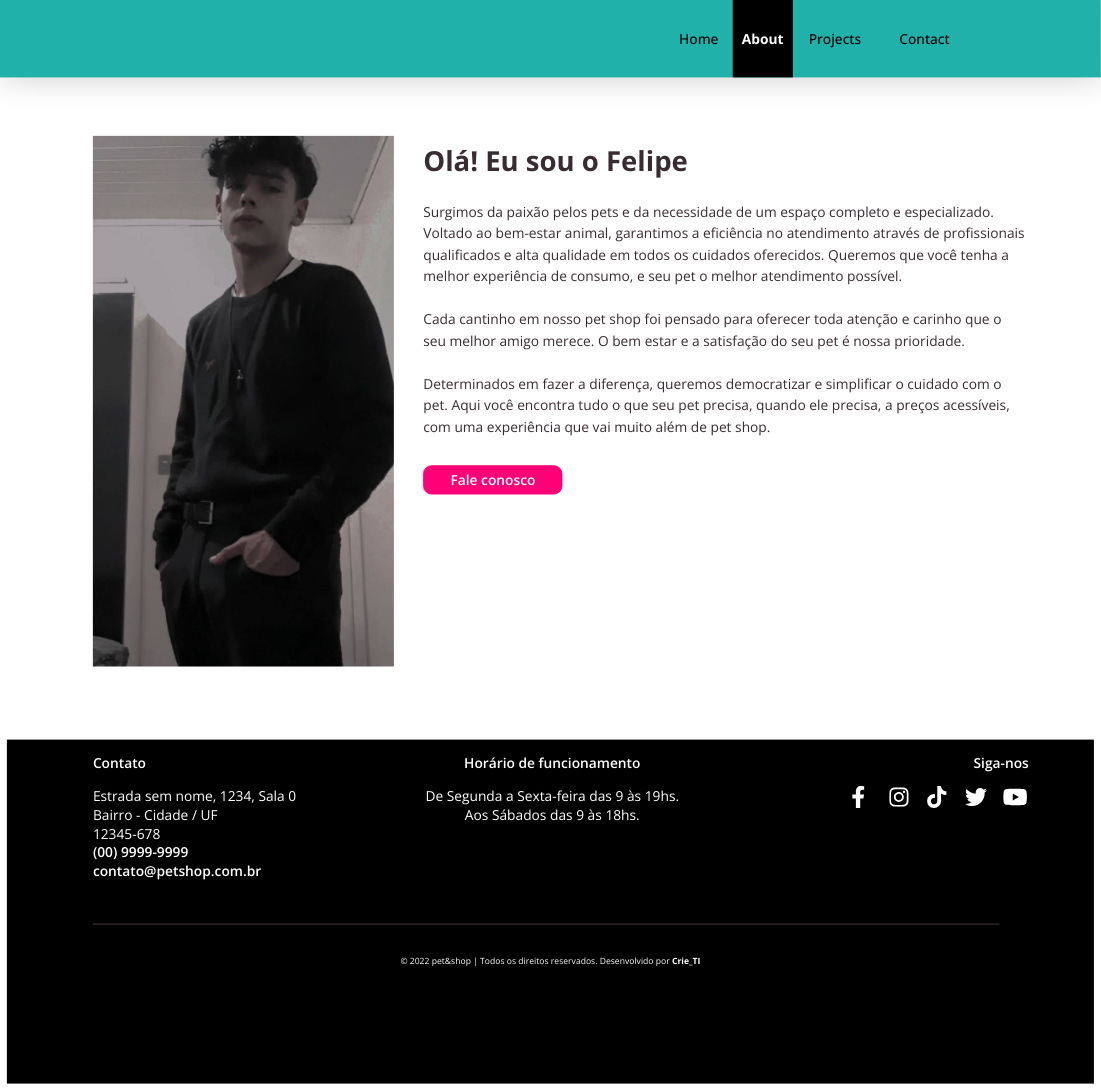
Repository: Fel1pit0/CRIE_TI
Page: Projetos/Portifólio/about.html
These files come from the project's save history. The page is drawn as it stood at one moment and after the next save; the edit follows.
The browser window is 1280 px wide. The pictures show the whole page, at 86% of full size.

Above is the page before, as saved 2022-05-25 14:13:52.

### Projetos/Portifólio/about.html
<!DOCTYPE html>
<html lang="en">
<head>
    <meta charset="UTF-8">
    <meta http-equiv="X-UA-Compatible" content="IE=edge">
    <meta name="viewport" content="width=device-width, initial-scale=1.0">
    <title>Portifólio</title>
    <link rel="stylesheet" href="styles.css">
    <link rel="preconnect" href="https://fonts.googleapis.com">
    <link rel="preconnect" href="https://fonts.gstatic.com" crossorigin>
    <link href="https://fonts.googleapis.com/css2?family=Roboto+Mono:wght@100&display=swap" rel="stylesheet">
</head>
<body>
    <header>
        <a href="index.html"></a>
        <nav class="pages">
          <div class="home-page"><a href="index.html">Home</a></div>
          <div class="about-page" style="background-color: black; color: #fff; font-weight: bold;"><a href="about.html">About</a></div>
          <div class="services-page"><a href="services.html">Projects</a></div>
          <div class="contact-page"><a href="contact.html">Contact</a></div>
        </nav>
    </header>

    <section id="about">
        <div>
          <img class="image-about" src="imagens/eu.jpeg" alt="minha-foto">
          <div class="desc-about">
            <h2>Olá! Eu sou o Felipe</h2>
            <p>Surgimos da paixão pelos pets e da necessidade de um espaço completo e especializado.<br/>
              Voltado ao bem-estar animal, garantimos a eficiência no atendimento através de profissionais qualificados e alta qualidade em todos os cuidados oferecidos. Queremos que você tenha a melhor experiência de consumo, e seu pet o melhor atendimento possível.<br/>
              <br>
              Cada cantinho em nosso pet shop foi pensado para oferecer toda atenção e carinho que o seu melhor amigo merece. O bem estar e a satisfação do seu pet é nossa prioridade.<br/>
              <br/>
              Determinados em fazer a diferença, queremos democratizar e simplificar o cuidado com o pet. Aqui você encontra tudo o que seu pet precisa, quando ele precisa, a preços acessíveis, com uma experiência que vai muito além de pet shop.
            </p>
              <div class="contact-button"><a href="contact.html">Fale conosco</a></div>
          </div>
        </div>
    </section>

      <footer>
        <div class="foot-logo"></div>
          <div class="row-foot">
            <div class="contact-foot">
              <p>Contato</p>
                <div class="desc-contact">
                    <span>
                    Estrada sem nome, 1234, Sala 0<br/>
                    Bairro - Cidade / UF<br/>
                    12345-678<br/>
                    </span>
                    <a href="tel:+550099999999">(00) 9999-9999</a><br/>
                    <a href="mailto:contato@petshop.com.br">contato@petshop.com.br</a><br/>
                </div>
            </div>
            <div class="time-foot">
                <p>Horário de funcionamento</p>
                <div class="desc-time">
                    <span>De Segunda a Sexta-feira das 9 às 19hs.</span><br/>
                    <span>Aos Sábados das 9 às 18hs.</span>
                </div>
            </div>
            <div class="follow-foot">
              <p>Siga-nos</p>
                <div class="desc-follow">
                    <div class="social-icons">
                        <div class="ico-social"><a href="https://www.facebook.com/"><svg xmlns="http://www.w3.org/2000/svg" viewBox="0 0 600 512"><!--! Font Awesome Pro 6.1.1 by @fontawesome - https://fontawesome.com License - https://fontawesome.com/license (Commercial License) Copyright 2022 Fonticons, Inc. --><path d="M279.14 288l14.22-92.66h-88.91v-60.13c0-25.35 12.42-50.06 52.24-50.06h40.42V6.26S260.43 0 225.36 0c-73.22 0-121.08 44.38-121.08 124.72v70.62H22.89V288h81.39v224h100.17V288z"/></svg></a></div>
                        <div class="ico-social"><a href="https://www.instagram.com/"><svg xmlns="http://www.w3.org/2000/svg" viewBox="0 0 600 512"><!--! Font Awesome Pro 6.1.1 by @fontawesome - https://fontawesome.com License - https://fontawesome.com/license (Commercial License) Copyright 2022 Fonticons, Inc. --><path d="M224.1 141c-63.6 0-114.9 51.3-114.9 114.9s51.3 114.9 114.9 114.9S339 319.5 339 255.9 287.7 141 224.1 141zm0 189.6c-41.1 0-74.7-33.5-74.7-74.7s33.5-74.7 74.7-74.7 74.7 33.5 74.7 74.7-33.6 74.7-74.7 74.7zm146.4-194.3c0 14.9-12 26.8-26.8 26.8-14.9 0-26.8-12-26.8-26.8s12-26.8 26.8-26.8 26.8 12 26.8 26.8zm76.1 27.2c-1.7-35.9-9.9-67.7-36.2-93.9-26.2-26.2-58-34.4-93.9-36.2-37-2.1-147.9-2.1-184.9 0-35.8 1.7-67.6 9.9-93.9 36.1s-34.4 58-36.2 93.9c-2.1 37-2.1 147.9 0 184.9 1.7 35.9 9.9 67.7 36.2 93.9s58 34.4 93.9 36.2c37 2.1 147.9 2.1 184.9 0 35.9-1.7 67.7-9.9 93.9-36.2 26.2-26.2 34.4-58 36.2-93.9 2.1-37 2.1-147.8 0-184.8zM398.8 388c-7.8 19.6-22.9 34.7-42.6 42.6-29.5 11.7-99.5 9-132.1 9s-102.7 2.6-132.1-9c-19.6-7.8-34.7-22.9-42.6-42.6-11.7-29.5-9-99.5-9-132.1s-2.6-102.7 9-132.1c7.8-19.6 22.9-34.7 42.6-42.6 29.5-11.7 99.5-9 132.1-9s102.7-2.6 132.1 9c19.6 7.8 34.7 22.9 42.6 42.6 11.7 29.5 9 99.5 9 132.1s2.7 102.7-9 132.1z"/></svg></a></div>
                        <div class="ico-social"><a href="https://www.tiktok.com/"><svg xmlns="http://www.w3.org/2000/svg" viewBox="0 0 600 512"><!--! Font Awesome Pro 6.1.1 by @fontawesome - https://fontawesome.com License - https://fontawesome.com/license (Commercial License) Copyright 2022 Fonticons, Inc. --><path d="M448,209.91a210.06,210.06,0,0,1-122.77-39.25V349.38A162.55,162.55,0,1,1,185,188.31V278.2a74.62,74.62,0,1,0,52.23,71.18V0l88,0a121.18,121.18,0,0,0,1.86,22.17h0A122.18,122.18,0,0,0,381,102.39a121.43,121.43,0,0,0,67,20.14Z"/></svg></a></div>
                        <div class="ico-social"><a href="https://twitter.com/"><svg xmlns="http://www.w3.org/2000/svg" viewBox="0 0 600 512"><!--! Font Awesome Pro 6.1.1 by @fontawesome - https://fontawesome.com License - https://fontawesome.com/license (Commercial License) Copyright 2022 Fonticons, Inc. --><path d="M459.37 151.716c.325 4.548.325 9.097.325 13.645 0 138.72-105.583 298.558-298.558 298.558-59.452 0-114.68-17.219-161.137-47.106 8.447.974 16.568 1.299 25.34 1.299 49.055 0 94.213-16.568 130.274-44.832-46.132-.975-84.792-31.188-98.112-72.772 6.498.974 12.995 1.624 19.818 1.624 9.421 0 18.843-1.3 27.614-3.573-48.081-9.747-84.143-51.98-84.143-102.985v-1.299c13.969 7.797 30.214 12.67 47.431 13.319-28.264-18.843-46.781-51.005-46.781-87.391 0-19.492 5.197-37.36 14.294-52.954 51.655 63.675 129.3 105.258 216.365 109.807-1.624-7.797-2.599-15.918-2.599-24.04 0-57.828 46.782-104.934 104.934-104.934 30.213 0 57.502 12.67 76.67 33.137 23.715-4.548 46.456-13.32 66.599-25.34-7.798 24.366-24.366 44.833-46.132 57.827 21.117-2.273 41.584-8.122 60.426-16.243-14.292 20.791-32.161 39.308-52.628 54.253z"/></svg></a></div>
                        <div class="ico-social"><a href="https://www.youtube.com/"><svg xmlns="http://www.w3.org/2000/svg" viewBox="0 0 600 512"><!--! Font Awesome Pro 6.1.1 by @fontawesome - https://fontawesome.com License - https://fontawesome.com/license (Commercial License) Copyright 2022 Fonticons, Inc. --><path d="M549.655 124.083c-6.281-23.65-24.787-42.276-48.284-48.597C458.781 64 288 64 288 64S117.22 64 74.629 75.486c-23.497 6.322-42.003 24.947-48.284 48.597-11.412 42.867-11.412 132.305-11.412 132.305s0 89.438 11.412 132.305c6.281 23.65 24.787 41.5 48.284 47.821C117.22 448 288 448 288 448s170.78 0 213.371-11.486c23.497-6.321 42.003-24.171 48.284-47.821 11.412-42.867 11.412-132.305 11.412-132.305s0-89.438-11.412-132.305zm-317.51 213.508V175.185l142.739 81.205-142.739 81.201z"/></svg></a></div>
                    </div>
                </div>
            </div>
          <div class="line-foot"></div>
          <div class="copy"><span>© 2022 pet&shop | Todos os direitos reservados. Desenvolvido por <b>Crie_TI</b></span></div>
      </footer>
</body>
</html>

### Projetos/Portifólio/styles.css
@import url('https://fonts.googleapis.com/css2?family=Open+Sans:ital,wght@0,300;0,400;0,500;0,600;0,700;0,800;1,300;1,400;1,500;1,600;1,700;1,800&display=swap');
body{
  font-family: 'Open Sans', sans-serif;
}
.brand{
  width: 250px;
  margin-left: 50px;
}
header {
  background-color: #20B2AA;
  display: flex;
  align-items: center;
  position: fixed;
  padding: 0 50px;
  top: 0;
  left: 0px;
  right: 0px;
  height: 90px;
  box-shadow: 0 0 40px #cecece;
  z-index: 2;
}
.home-page, .about-page{
  display: inline-block;
  text-align: center;
  height: 90px;
  width: 70px;
}
.products-page, .services-page{
  display: inline-block;
  text-align: center;
  height: 90px;
  width: 90px;
}
.contact-page {
  display: inline-block;
  text-align: center;
  height: 90px;
  width: 110px;
}
.home-page a, .about-page a, .products-page a, .services-page a, .contact-page a{
  margin-top: 34px;
  margin-bottom: auto;
}
.pages {
  width: auto;
  font-weight: 450;
  justify-content: space-between;
  margin-left: auto;
  margin-right: 100px;
}
.pages a{
  color: inherit;
  text-decoration: none;
  display: inline-block;
}
.pages a:hover{
  color: #ff0077;
}
.banner {
  width: 100%;
  height: 600px;
  margin-top: 80px;
  object-fit: cover;
}
#our-services{
  text-align: center;
}
.sub-title{
  margin-top: 60px;
  text-align: center;
  color: #1A2138;
  font-size: 32px;
}
.column {
  display:inline-block;
  padding: 30px;
  width: 15%;
  height: 250px;
  vertical-align: middle;
}
.column a{
  color: inherit;
  text-decoration: none;
  display: inline-block;
}
.column a:hover svg{
  transform: matrix3d(1.176,-0.17,0.00,0,0.17,1.176,0.00,0,0,0,1,0,0,0,0,1);
  -webkit-transform: matrix3d(1.176,-0.17,0.00,0,0.17,1.176,0.00,0,0,0,1,0,0,0,0,1);
  transform-origin: center center 0px;
  transition: all 0.5s ease 0s;
  -webkit-transform-origin: center center 0px;
  -webkit-transition: all 0.5s ease 0s;
}
.service-ico{
  fill: #ff0077;
  width: 60px;
  margin: auto;
}
.service-name{
  text-align: center;
  font-weight: 600;
  color: #ff0077;
}
.service-description{
  text-align: center;
  width: 240px;
  color: #858585;
}
#description {
  width: 100%;
  height: 350px;
  background-color: #07f;
}
.desc-logo{
  margin-top: 60px ;
  margin-left: 100px;
  position: top;
  width: 18%;
  height: 80px;
}
.desc-text{
  color: #fff;
  margin: 0 100px 0 100px;
  font-size: large;
}
#products{
  margin-top: 5em;
  text-align: center;
}
.product-column {
  display:inline-block;
  margin-left: 20px;
  width: 10em;
  height: 20em;
}
.product-column a{
  color: inherit;
  text-decoration: none;
}
.product-column:hover{
  border: 1px solid #cecece;
  border-radius: 10px;
  transform: matrix3d(1.2,0,0.00,0,0.00,1.2,0.00,0,0,0,1,0,0,0,0,1);
  transform-origin: center center 0px;
  transition: all 0.5s ease 0s;
  -webkit-transform-origin: center center 0px;
  -webkit-transition: all 0.5s ease 0s;
}
.product-column:hover img{
  opacity: 60%;
}
.product-ico{
  width: 140px;
  margin: 10px auto;
}
.product-name{
  font-size: 14px;
  font-weight: 500;
  color: #858585;
  width: 10em;
  height: 6em;
  margin-right: auto;
  margin-left: auto;
}
.product-price{
  align-items: flex-end;
  color: #ff0077;
  font-weight: bold;
}
.row{
  margin-top: 2em;
}
.product-more{
  width: 8em;
  margin-left: auto;
  margin-right: auto;
}
.button{
  background-color: #ff0077;
  color: #fff;
  font-weight: 400;
  height: 2em;
  margin-top: 2em;
  border: 1px solid #f07;
  border-radius: 10px;
  display: flex;
  justify-content: center;
  align-items: center;
}
.button:hover{
  transform: scale(1.03);
  transform-origin: center center 0px;
  transition: all 0.5s ease 0s;
  -webkit-transform-origin: center center 0px;
  -webkit-transition: all 0.5s ease 0s;
}
.button a{
  color: inherit;
  text-decoration: none;
}
footer{
  background-color: black;
  color: #fff;
  width: 100%;
  height: 400px;
}
.foot-logo svg{
  width: 15%;
  margin-top: 50px;
  margin-left: 100px;
  margin-bottom: 20px;
}
.row-foot{
  display: inline-block;
  width: 100%;
}
.contact-foot{
  display: inline-block;
  width: 330px;
  margin-left: 100px;
}
.contact-foot p{
  font-weight: 600;
  font-size: 16px;
}
.contact-foot a{
  color: inherit;
  text-decoration: none;
  font-weight: 600;
}
.desc-contact span{
  font-weight: lighter;
  width: 250px;
}
.time-foot{
  vertical-align: top;
  display: inline-block;
  width: 400px;
  text-align: center;
  font-weight: 600;
  font-size: 16px;
}
.desc-time span{
  margin-bottom: 0;
  font-weight: 100;
  width: 400px;
}
.follow-foot{
  vertical-align: top;
  display: inline-block;
  width: 300px;
  height: 20px;
  margin-left: 50px;
  text-align: right;
  font-weight: 600;
}
.ico-social{
  display: inline-block;
  margin: 0 0 0 10px;
  height: 30px;
  width: 30px;
}
.ico-social a{
  display: inline-block;
  width: 30px;
  vertical-align: top;
  margin: 0 0 30px;
  fill: #fff;
}
.ico-social:hover{
  transform: matrix3d(1.2,-0.26,0.00,0,0.26,1.164,0.00,0,0,0,1,0,0,0,0,1);
  transform-origin: center center 0px;
  transition: all 0.5s ease 0s;
  -webkit-transform-origin: center center 0px;
  -webkit-transition: all 0.5s ease 0s;
}
.line-foot{
  background-color: #ffd8ea;
  opacity: 30%;
  margin: 50px 110px 0 100px;
  width: auto;
  height: 1px;
}
.copy{
  margin-top: 35px;
  font-weight:lighter;
  font-size: 10px;
  text-align: center;
}
#about{
  margin-bottom: 5em;
}
.image-about{
  display: inline-block;
  width: 350px;
  height: auto;
  margin: 150px 0 0 100px;
}
.desc-about{
  display: inline-block;
  margin: 130px 0 0 30px;
  width: 700px;
  vertical-align: top;
}
.desc-about h2{
  color: #382c32;
  font-size: 32px;
}
.desc-about p{
  color: #382c32;
  font-size: 16px;
  font-weight: lighter;
  line-height: 25px;
}
.contact-button{
  width: 10em;
  background-color: #ff0077;
  color: #fff;
  font-size: 16px;
  font-weight: 600;
  height: 2em;
  margin-top: 2em;
  border: 1px solid #f07;
  border-radius: 10px;
  display: flex;
  justify-content: center;
  align-items: center;
}
.contact-button a{
  color: inherit;
  text-decoration: none;
  width: 10em;
  text-align: center;
}
.contact-button:hover{
  transform: scale(1.03);
  transform-origin: center center 0px;
  transition: all 0.5s ease 0s;
  -webkit-transform-origin: center center 0px;
  -webkit-transition: all 0.5s ease 0s;
}
.products-title{
  font-size: 32px;
  text-align: left;
  margin-top: 150px;
  margin-left: 100px;
  color: #1A2138;
}
#services{
  margin-top: 90px;
}
#products{
  margin-bottom: 5em;
}
.shower{
  background-image: url(Imagens/Serviços/bath-and-groom.jpg);
  height: 350px;
  background-size: 500px 350px;
  background-position: left;
  background-repeat: no-repeat;
}
.desc-shower{
  display: inline-block;
  width: 600px;
  vertical-align: top;
  margin: 0 0 0 550px;
}
.desc-shower h3{
  color: #f07;
  font-size: 24px;
  font-weight: 400
}
.desc-shower span{
  color: #382c32;
  font-size: 18px;
  font-weight: 400;
  line-height: 25px;
}
.desc-shower p{
  color: #382c32;
  opacity: 80%;
  font-size: 16px;
  font-weight: 400;
  line-height: 25px;
}
.medic{
  background-color: #f07;
  background-image: url(Imagens/Serviços/medical-center.jpg);
  height: 350px;
  background-size: 500px 350px;
  background-position: right;
  background-repeat: no-repeat;
}
.desc-medic{
  display: inline-block;
  width: 650px;
  vertical-align: top;
  margin: 10px 0 0 100px;
  text-align: right;
}
.desc-medic h3{
  color: #fff;
  font-size: 24px;
  font-weight: 400
}
.desc-medic span{
  color: #fff;
  font-size: 18px;
  font-weight: 500;
  line-height: 30px;
}
.desc-medic p{
  color: #fff;
  opacity: 80%;
  font-size: 16px;
  font-weight: 100;
  line-height: 30px;
}
.drug{
  background-color: #07f;
  background-image: url(Imagens/Serviços/drugstore.jpg);
  height: 350px;
  background-size: 500px 350px;
  background-position: left;
  background-repeat: no-repeat;
}
.desc-drug{
  display: inline-block;
  width: 600px;
  vertical-align: top;
  margin: 30px 0 0 550px;
}
.desc-drug h3{
  color: #fff;
  font-size: 24px;
  font-weight: 400
}
.desc-drug span{
  color: #fff;
  font-size: 18px;
  font-weight: 400;
  line-height: 25px;
}
.desc-drug p{
  color: #fff;
  opacity: 80%;
  font-size: 16px;
  font-weight: 400;
  line-height: 25px;
}
.delivery{
  background-color: #FF320D;
  background-image: url(Imagens/Serviços/delivery.jpg);
  height: 350px;
  background-size: 500px 700px;
  background-position: right;
  background-repeat: no-repeat;
}
.desc-delivery{
  display: inline-block;
  width: 650px;
  vertical-align: top;
  margin: 50px 0 0 100px;
  text-align: right;
}
.desc-delivery h3{
  color: #fff;
  font-size: 24px;
  font-weight: 400
}
.desc-delivery span{
  color: #fff;
  font-size: 18px;
  font-weight: 500;
  line-height: 30px;
}
.desc-delivery p{
  color: #fff;
  opacity: 80%;
  font-size: 16px;
  font-weight: 100;
  line-height: 30px;
}
.pick{
  background-color: #C10DFF;
  background-image: url(Imagens/Serviços/pick-up.jpg);
  height: 350px;
  background-size: 500px 350px;
  background-position: left;
  background-repeat: no-repeat;
}
.desc-pick{
  display: inline-block;
  width: 600px;
  vertical-align: top;
  margin: 50px 0 0 550px;
}
.desc-pick h3{
  color: #fff;
  font-size: 24px;
  font-weight: 400
}
.desc-pick span{
  color: #fff;
  font-size: 18px;
  font-weight: 400;
  line-height: 25px;
}
.desc-pick p{
  color: #fff;
  opacity: 80%;
  font-size: 16px;
  font-weight: 400;
  line-height: 25px;
}
.care{
  background-color: #6cf515;
  background-image: url(Imagens/Serviços/daycare.jpg);
  height: 350px;
  background-size: 500px 350px;
  background-position: right;
  background-repeat: no-repeat;
}
.desc-care{
  display: inline-block;
  width: 650px;
  vertical-align: top;
  margin: 30px 0 0 100px;
  text-align: right;
}
.desc-care h3{
  color: #fff;
  font-size: 24px;
  font-weight: 400
}
.desc-care span{
  color: #fff;
  font-size: 18px;
  font-weight: 500;
  line-height: 30px;
}
.desc-care p{
  color: #fff;
  opacity: 80%;
  font-size: 16px;
  font-weight: 100;
  line-height: 30px;
}
.hotel{
  background-color: #353535;
  height: 350px;
}
.hotel-img{
  width: 500px;
  height: 350px;

}
.desc-hotel{
  display: inline-block;
  width: 650px;
  vertical-align: top;
  margin: 50px 0 0 50px;
}
.desc-hotel h3{
  color: #fff;
  font-size: 24px;
  font-weight: 400
}
.desc-hotel span{
  color: #fff;
  font-size: 18px;
  font-weight: 400;
  line-height: 25px;
}
.desc-hotel p{
  color: #fff;
  opacity: 80%;
  font-size: 16px;
  font-weight: 300;
  line-height: 25px;
  width: 600px;
}
#talk{
  margin-bottom: 5em;
  width: 100%;
}
.inputs{
  display: inline-block;
  margin-left: 100px;
  width: 50%;
}
.input-name{
  color: #858585;
  font-size: 14px;
}
.form-item{
  width: 100%;
  min-height: 35px;
  margin-bottom: 20px;
  border: 1px solid #858585;
  border-radius: 5px;
  box-sizing: border-box;
  background-color: #fff;
  font-size: 16px;
}
.send-button{
  width: 7em;
  background-color: #ff0077;
  color: #fff;
  font-size: 16px;
  font-weight: 600;
  height: 40px;
  border: 1px solid #f07;
  border-radius: 10px;
  justify-content: center;
  align-items: center;
}
.send-button a{
  color: inherit;
  text-decoration: none;
  width: 10em;
  text-align: center;
}
.send-button:hover{
  transform: scale(1.03);
  transform-origin: center center 0px;
  transition: all 0.5s ease 0s;
  -webkit-transform-origin: center center 0px;
  -webkit-transition: all 0.5s ease 0s;
}
.infos{
  width: 450px;
  display: inline-block;
  margin-left: 30px;
}
.info-item{
  font-size: 13px;
  font-weight: 600;
  color: #858585;
  margin-bottom: 0px;
}
.infos a{
  color: #f07;
  text-decoration: none;
  font-size: 16px;
  font-weight: 600;
}

After the next save:
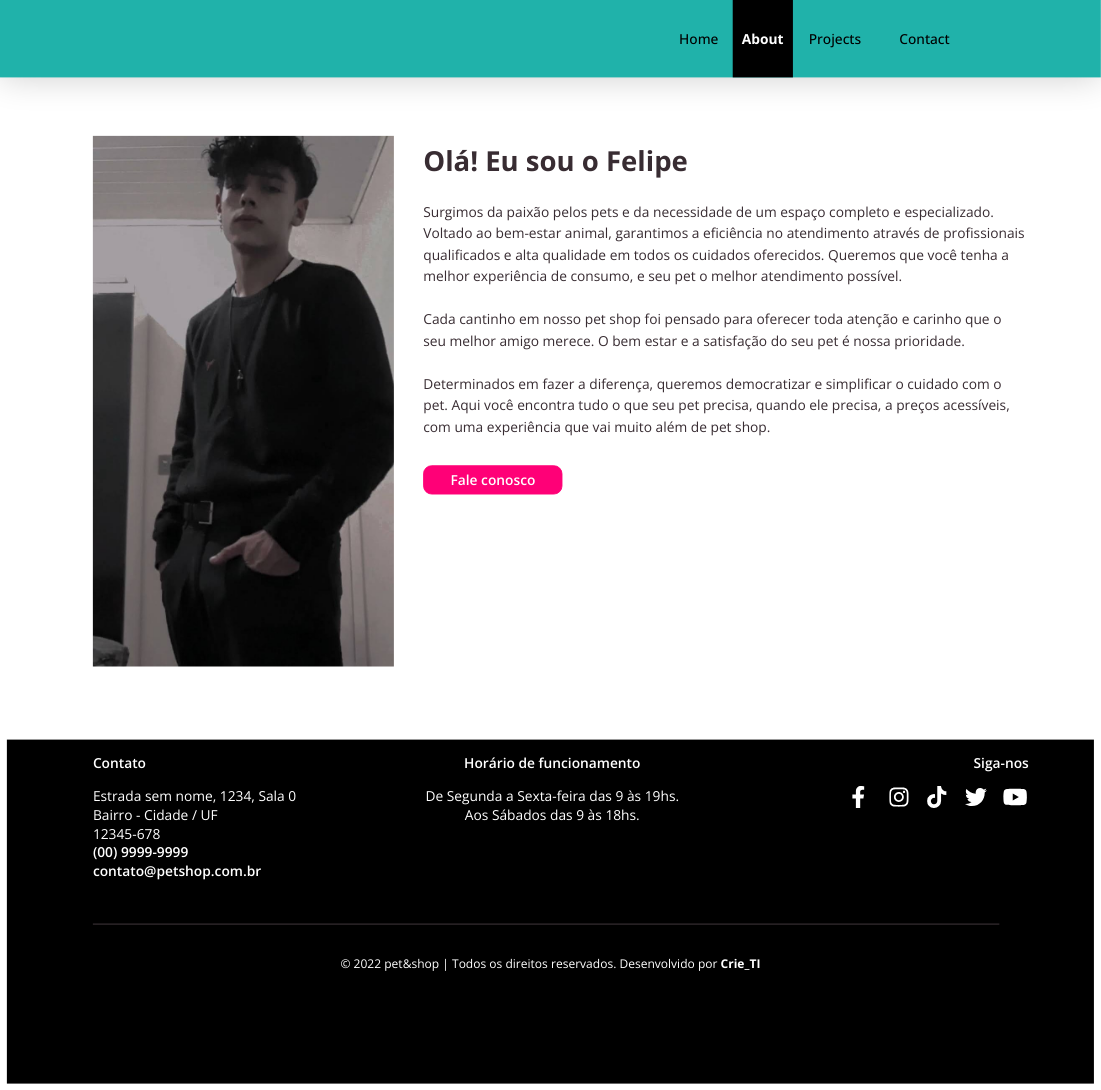
Saved 5 s later.
--- a/Projetos/Portifólio/styles.css
+++ b/Projetos/Portifólio/styles.css
@@ -284,7 +284,7 @@ footer{
 .copy{
   margin-top: 35px;
   font-weight:lighter;
-  font-size: 10px;
+  font-size: 14px;
   text-align: center;
 }
 #about{
